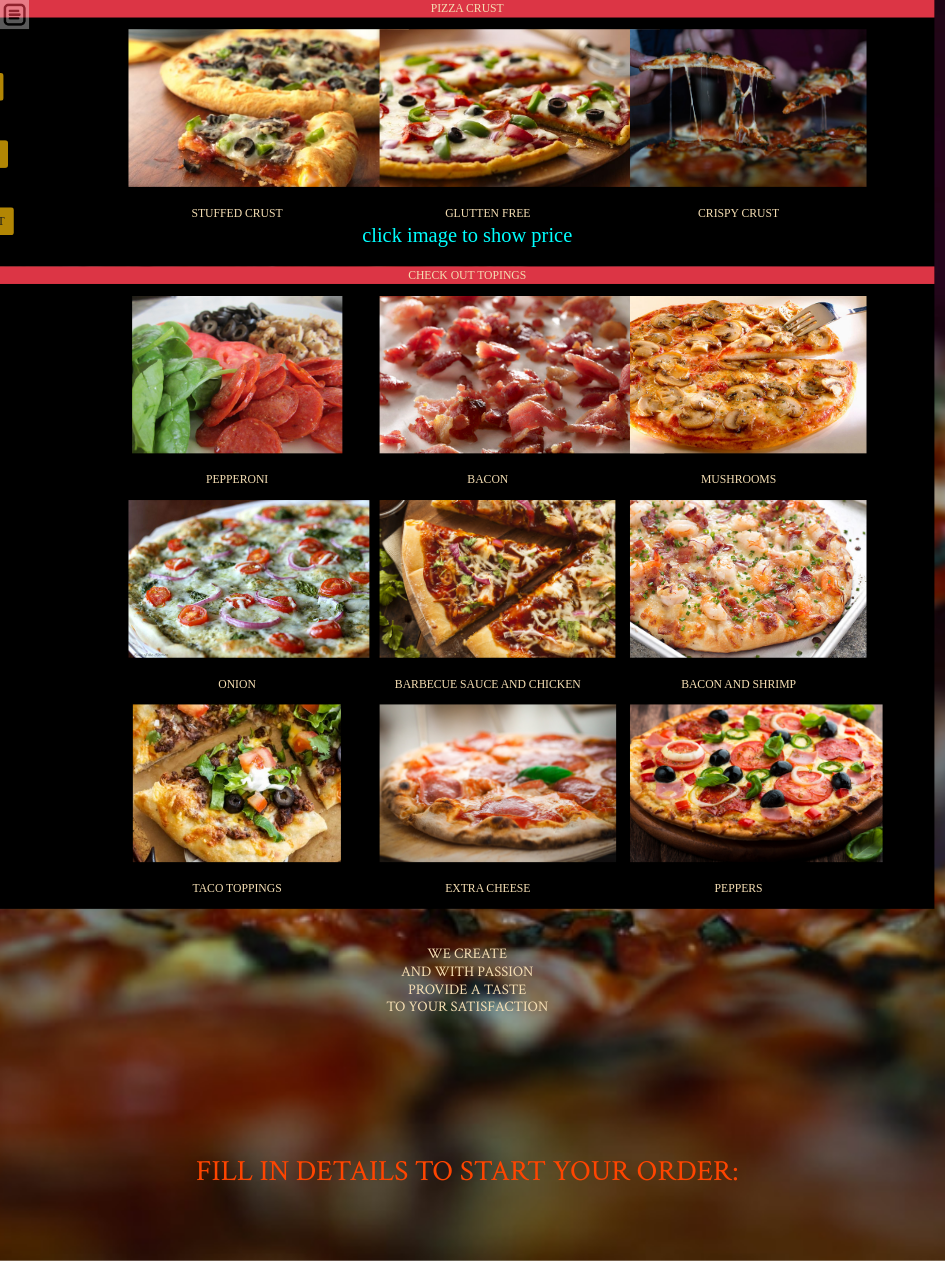
Repository: alexmwaura/MOREO--PIZZA-IP4
Page: mine.html
The author's editor kept a copy of each file at every save. The page is drawn from the files as they stood at one save, then again after the next save.
The browser window is 1280 px wide. The page is 1295 px wide, so the pictures cover 1295 px, including what lies to the right of the window. The pictures show the whole page, at 73% of full size.
Some web fonts or font styles are not loaded; a fallback is used.

Above is the page before, as saved 2019-09-01 14:39:26.

After the next save:
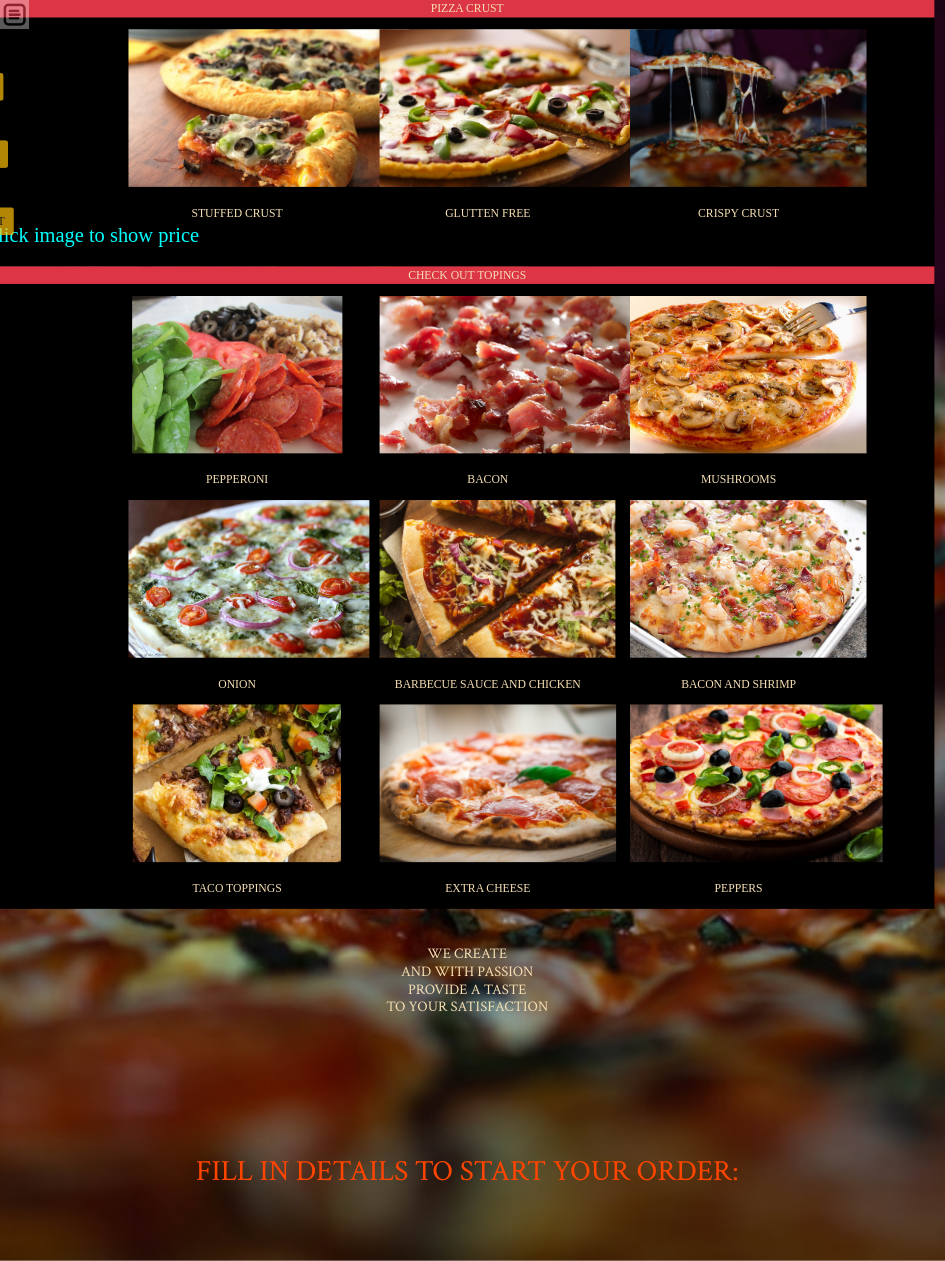
Saved 40 s later.
--- a/mine.html
+++ b/mine.html
@@ -105,7 +105,7 @@
 
                     </div>
 
-                    <div class="form-control-range">
+                    <div class="form-control-gr">
                         <h3 style="color: aqua" style="font-size: 10vh" class="price"> click image to show price</h3>
                     </div>
 
